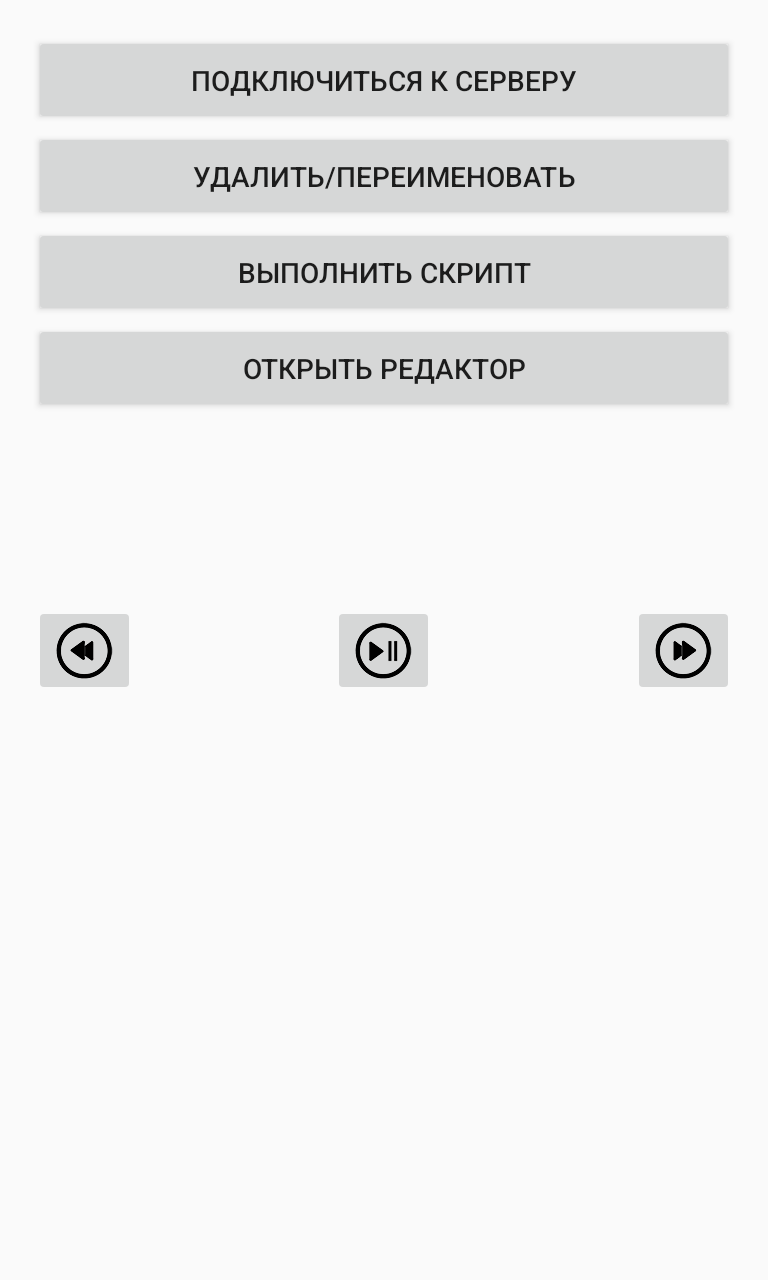
Repository: Laboratory711/Nightjar
Layout: android/Nightjar/workspace/Nightjar/res/layout/fragment_lab1.xml
These files come from the project's save history. The layout is drawn as it stood at one moment and after the next save; the edit follows.
It is drawn on a 768 x 1280 px phone screen (xhdpi) without system bars, with theme AppTheme; the app's code is not run.

Above is the layout before, as saved 2014-03-30 00:13:53.

After the next save:
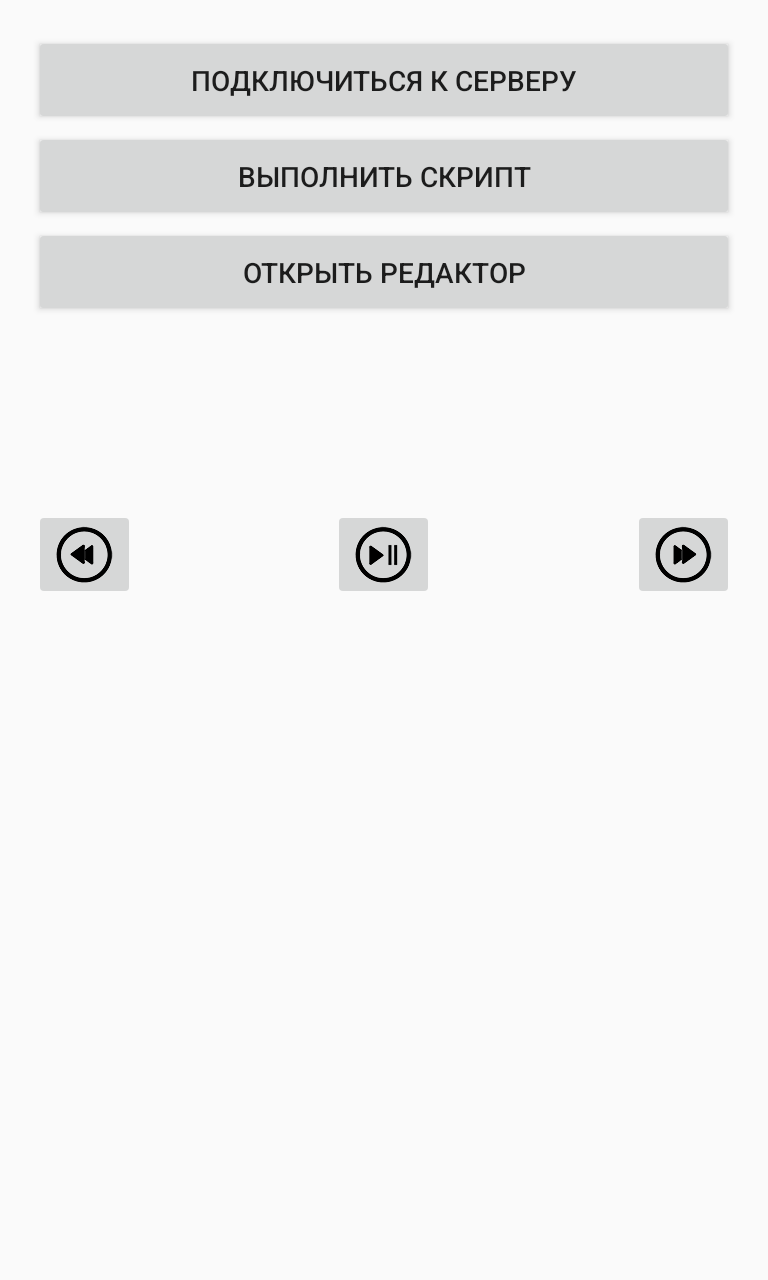
Saved 111 s later.
--- a/android/Nightjar/workspace/Nightjar/res/layout/fragment_lab1.xml
+++ b/android/Nightjar/workspace/Nightjar/res/layout/fragment_lab1.xml
@@ -50,22 +50,12 @@
         android:visibility="visible" />
 
     <Button
-        android:id="@+id/button3"
+        android:id="@+id/button2"
         android:layout_width="wrap_content"
         android:layout_height="wrap_content"
         android:layout_alignLeft="@+id/button1"
         android:layout_alignRight="@+id/button1"
         android:layout_below="@+id/button1"
-        android:onClick="onClickDel"
-        android:text="@string/text_buttom_del_Name" />
-
-    <Button
-        android:id="@+id/button2"
-        android:layout_width="wrap_content"
-        android:layout_height="wrap_content"
-        android:layout_alignLeft="@+id/button3"
-        android:layout_alignRight="@+id/button3"
-        android:layout_below="@+id/button3"
         android:onClick="onClickBL"
         android:text="@string/text_buttom2_Name"
         android:visibility="visible" />
--- a/android/Nightjar/workspace/Nightjar/res/values/strings.xml
+++ b/android/Nightjar/workspace/Nightjar/res/values/strings.xml
@@ -25,7 +25,6 @@
     <string android:id="@+id/string3" name="text_buttom_Name" android:layout_width="wrap_content" android:layout_height="wrap_content">Подключиться к серверу</string>
     <string android:id="@+id/string4" name="TV_text" android:layout_width="wrap_content" android:layout_height="wrap_content"></string>
     <string android:id="@+id/string6" name="text_buttom2_Name" android:layout_width="wrap_content" android:layout_height="wrap_content">Выполнить скрипт</string>
-    <string android:id="@+id/string10" name="text_buttom_del_Name" android:layout_width="wrap_content" android:layout_height="wrap_content">Удалить/Переименовать</string>
     <string android:id="@+id/string8" name="text_buttom4_Name" android:layout_width="wrap_content" android:layout_height="wrap_content">Открыть редактор</string>
     <string android:id="@+id/string9" name="text_List" android:layout_width="wrap_content" android:layout_height="wrap_content">Выбирите скрипт</string>
     <string name="pref_IP">IP_adres</string>

After the save that followed:
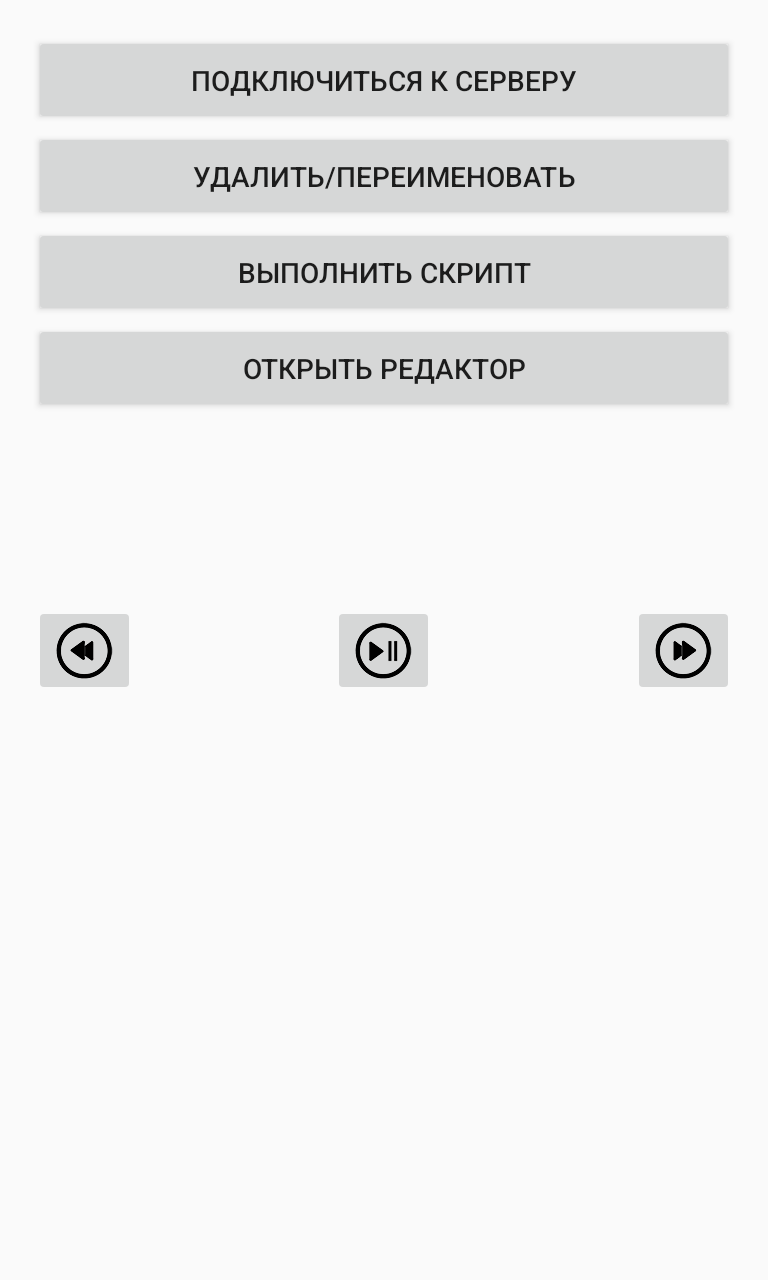
Saved 72 s later.
--- a/android/Nightjar/workspace/Nightjar/res/layout/fragment_lab1.xml
+++ b/android/Nightjar/workspace/Nightjar/res/layout/fragment_lab1.xml
@@ -50,12 +50,22 @@
         android:visibility="visible" />
 
     <Button
-        android:id="@+id/button2"
+        android:id="@+id/button3"
         android:layout_width="wrap_content"
         android:layout_height="wrap_content"
         android:layout_alignLeft="@+id/button1"
         android:layout_alignRight="@+id/button1"
         android:layout_below="@+id/button1"
+        android:onClick="onClickDel"
+        android:text="@string/text_buttom_del_Name" />
+
+    <Button
+        android:id="@+id/button2"
+        android:layout_width="wrap_content"
+        android:layout_height="wrap_content"
+        android:layout_alignLeft="@+id/button3"
+        android:layout_alignRight="@+id/button3"
+        android:layout_below="@+id/button3"
         android:onClick="onClickBL"
         android:text="@string/text_buttom2_Name"
         android:visibility="visible" />
--- a/android/Nightjar/workspace/Nightjar/res/values/strings.xml
+++ b/android/Nightjar/workspace/Nightjar/res/values/strings.xml
@@ -25,6 +25,7 @@
     <string android:id="@+id/string3" name="text_buttom_Name" android:layout_width="wrap_content" android:layout_height="wrap_content">Подключиться к серверу</string>
     <string android:id="@+id/string4" name="TV_text" android:layout_width="wrap_content" android:layout_height="wrap_content"></string>
     <string android:id="@+id/string6" name="text_buttom2_Name" android:layout_width="wrap_content" android:layout_height="wrap_content">Выполнить скрипт</string>
+    <string android:id="@+id/string10" name="text_buttom_del_Name" android:layout_width="wrap_content" android:layout_height="wrap_content">Удалить/Переименовать</string>
     <string android:id="@+id/string8" name="text_buttom4_Name" android:layout_width="wrap_content" android:layout_height="wrap_content">Открыть редактор</string>
     <string android:id="@+id/string9" name="text_List" android:layout_width="wrap_content" android:layout_height="wrap_content">Выбирите скрипт</string>
     <string name="pref_IP">IP_adres</string>
